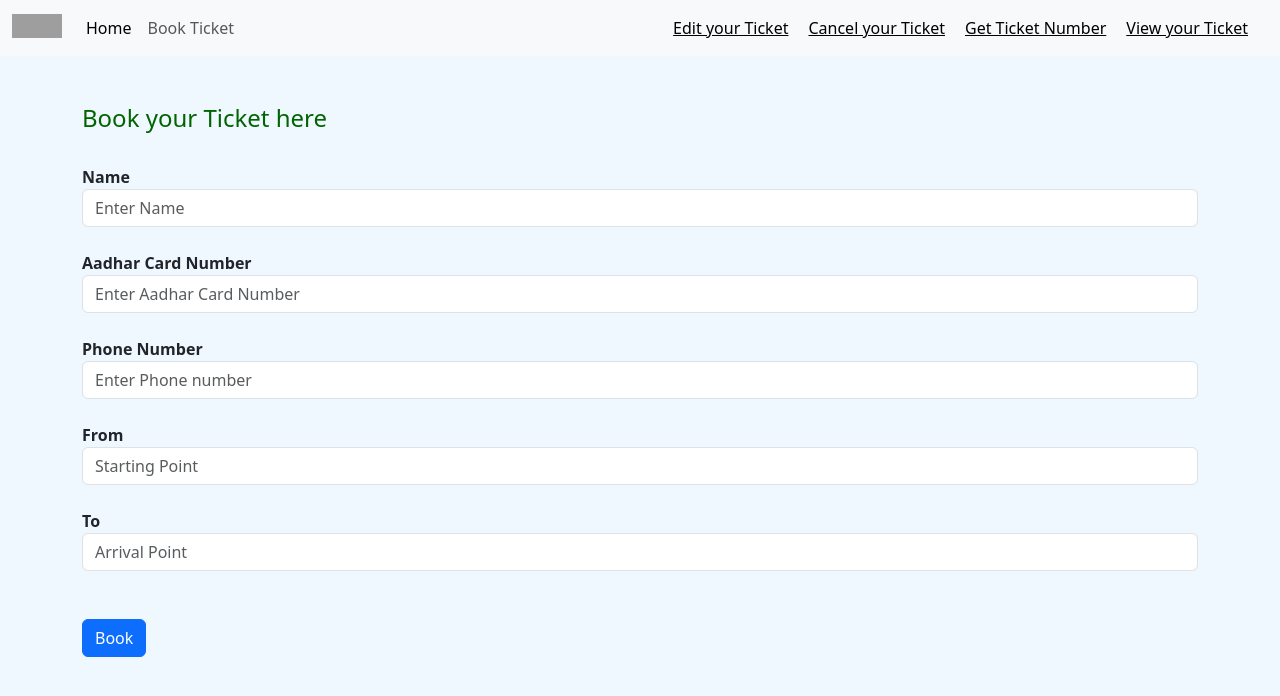
Repository: MayankSardana/Book-My-Ticket
Page: http://localhost/Book
An editor plug-in stored every save of this project. The page is shown before and after the next save, followed by the edit.
The browser window is 1280 px wide. The pictures show the whole page.
Pictures or frames that could not be fetched are drawn as grey boxes. The page is this project's Thymeleaf template; nobody is signed in. The template is opened directly, without the code that normally fills it, so the values that code supplies are empty.

Above is the page before, as saved 2024-07-02 09:28:28.

### BookMyTicket/src/main/resources/templates/Book.html
<!doctype html>
<html lang="en" xmlns:th="http://www.thymeleaf.org">
  <head>
    <meta charset="utf-8">
    <meta name="viewport" content="width=device-width, initial-scale=1">
    <title>Book Ticket</title>
    <link href="https://cdn.jsdelivr.net/npm/bootstrap@5.3.3/dist/css/bootstrap.min.css" rel="stylesheet" integrity="sha384-QWTKZyjpPEjISv5WaRU9OFeRpok6YctnYmDr5pNlyT2bRjXh0JMhjY6hW+ALEwIH" crossorigin="anonymous">
    <style>
        h2{
            margin-left: 400px;
            font-size:50px;
        }
        label{
            font-weight: bold;
        }

        body{
            background-color:aliceblue;
        }

		.tt{
		          text-decoration:underline;
		          padding:10px;
		          margin-left:450px;
		      }
			.n{
				margin-right:20px;
			}

			.h4{
				color:darkgreen;
			}
    </style>
  </head>
  <body>

	<nav class="navbar navbar-expand-lg bg-body-tertiary">
	        <div class="container-fluid">
	         <a class="navbar-brand" href="#">
	      <img src="https://i.pinimg.com/280x280_RS/84/4b/a1/844ba1cb3439dca10d316e4310721cc6.jpg" alt="Logo" width="50" height="24" class="d-inline-block align-text-top">

	    </a>
	          <button class="navbar-toggler" type="button" data-bs-toggle="collapse" data-bs-target="#navbarText" aria-controls="navbarText" aria-expanded="false" aria-label="Toggle navigation">
	            <span class="navbar-toggler-icon"></span>
	          </button>
	          <div class="collapse navbar-collapse" id="navbarText">
	            <ul class="navbar-nav me-auto mb-2 mb-lg-0">
	              <li class="nav-item">
	                <a class="nav-link active" aria-current="page" href="/">Home</a>
	              </li>
	              <li class="nav-item">
	                <a class="nav-link" href="/book">Book Ticket</a>
	              </li>
	            </ul>
				<span class="n navbar-text">
				     <a href = "/edit">Edit your Ticket</a>
				</span>
				<span class="n navbar-text">
					<a href = "/cancel">Cancel your Ticket</a>
			    </span>
				<span class="n navbar-text">
				   <a href = "/ticket">Get Ticket Number</a>
				</span>
	            <span class="n navbar-text">
	                <a href = "/view">View your Ticket</a>
	            </span>

	          </div>
	        </div>
	      </nav>



    <div class="container mt-5">
        <h4 class = "h4">Book your Ticket here</h4>
		<br/>
        <form action="#" th:action="@{/saveTicket}" th:object="${person}" method="post">
          <div class="form-group">
            <label for="firstName">Name</label>
            <input type="text" th:field="*{name}" class="form-control" id="firstName" placeholder="Enter Name">
          </div>
          <br/>
          <div class="form-group">
            <label for="email">Aadhar Card Number</label>
            <input type="text" th:field="*{aadhaarCard}" class="form-control"  placeholder="Enter Aadhar Card Number">
          </div>
          <br/>
          <div class="form-group">
            <label for="email">Phone Number</label>
            <input type="text" th:field="*{phoneNumber}" class="form-control"  placeholder="Enter Phone number">
          </div>
          <br/>
          <div class="form-group">
            <label for="From">From</label>
            <input type="text" th:field="*{start}" class="form-control" placeholder="Starting Point">
          </div>
          <br/>
          <div class="form-group">
            <label for="To">To</label>
            <input type="text" th:field="*{end}" class="form-control" placeholder="Arrival Point">
          </div>
          <br/>
          <br/>
          <button type="submit" class="btn btn-primary">Book</button>
        </form>
      </div>

    <script src="https://cdn.jsdelivr.net/npm/bootstrap@5.3.3/dist/js/bootstrap.bundle.min.js" integrity="sha384-YvpcrYf0tY3lHB60NNkmXc5s9fDVZLESaAA55NDzOxhy9GkcIdslK1eN7N6jIeHz" crossorigin="anonymous"></script>
  </body>
</html>

After the next save:
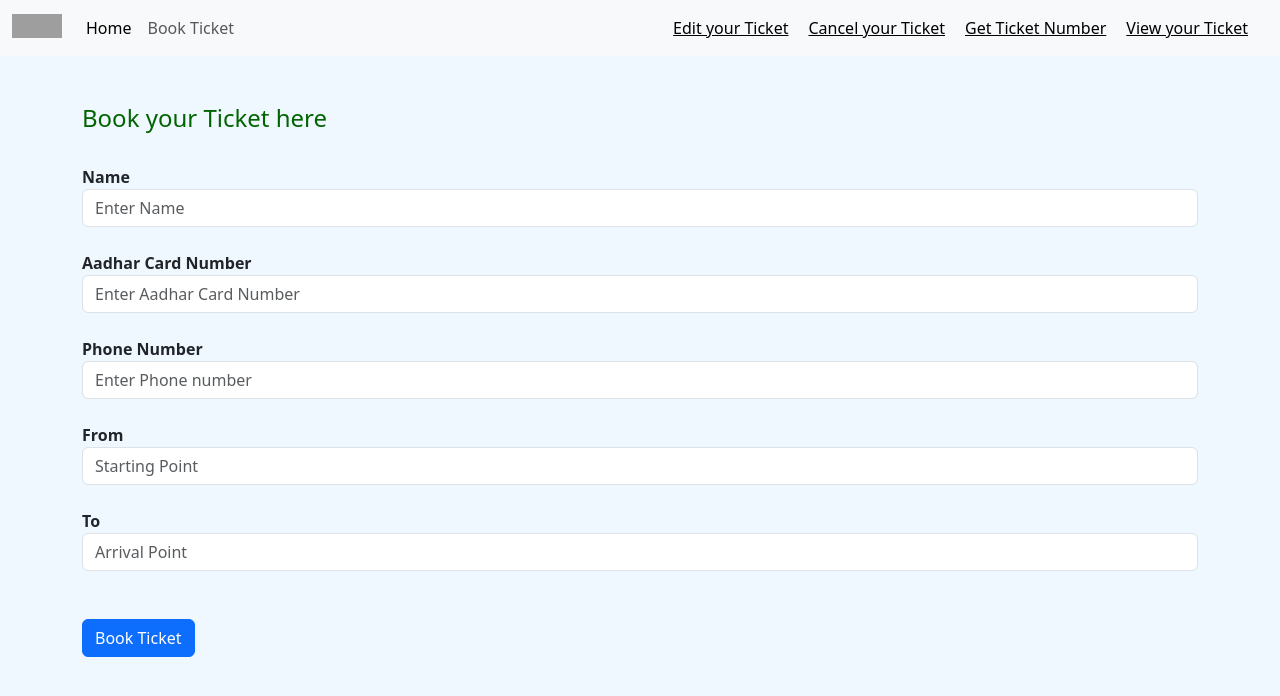
Saved 11 min 18 s later.
--- a/BookMyTicket/src/main/resources/templates/Book.html
+++ b/BookMyTicket/src/main/resources/templates/Book.html
@@ -101,7 +101,7 @@
           </div>
           <br/>
           <br/>
-          <button type="submit" class="btn btn-primary">Book</button>
+          <button type="submit" class="btn btn-primary">Book Ticket</button>
         </form>
       </div>
 
